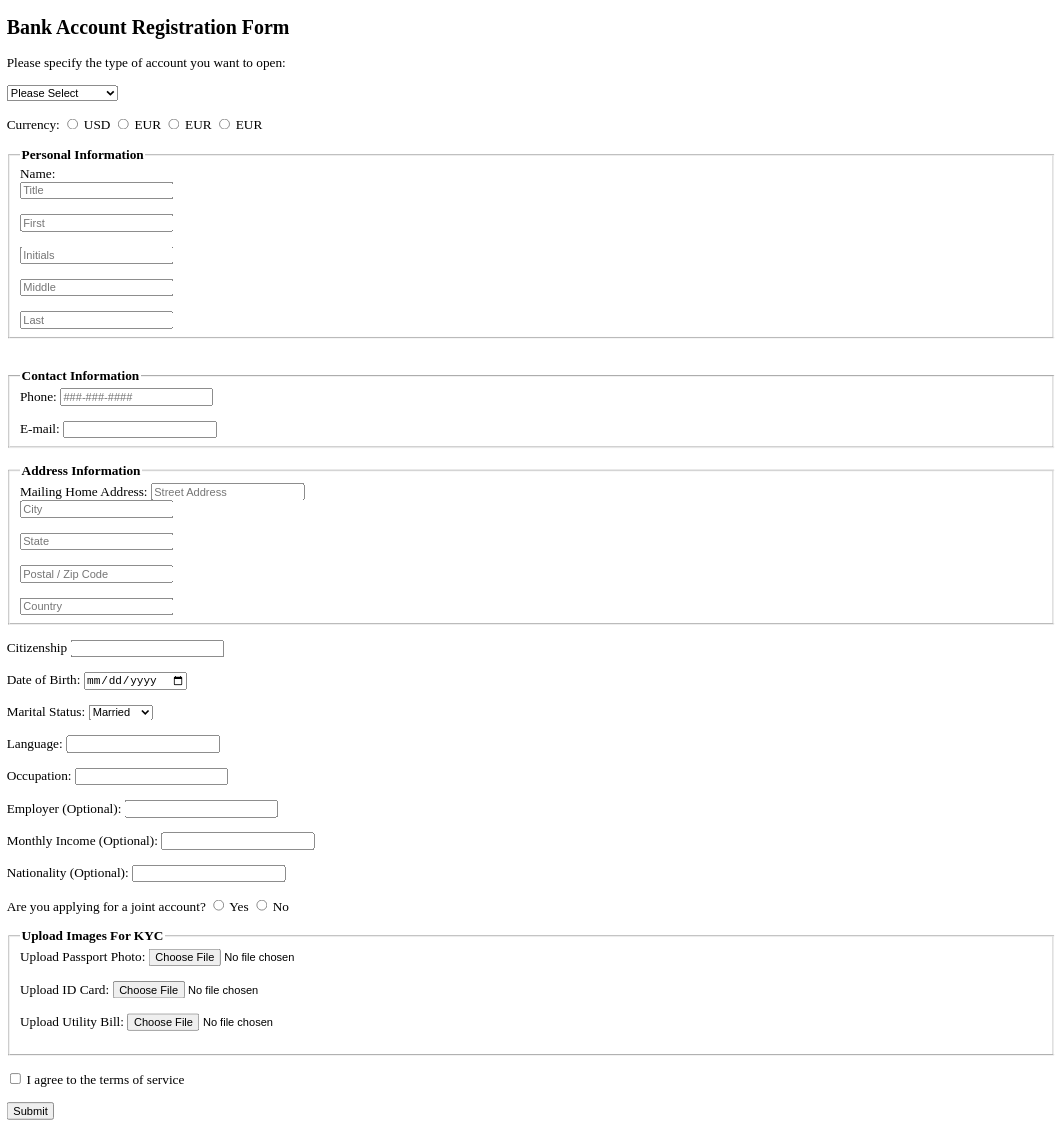
Repository: hizeetech/First-Assignment
Page: sign_up.html
The author's editor kept a copy of each file at every save. The page is drawn from the files as they stood at one save, then again after the next save.
The browser window is 1280 px wide. The pictures show the whole page, at 83% of full size.

Above is the page before, as saved 2024-11-09 03:31:16.

### sign_up.html
<!-- sign_up.html -->
<!DOCTYPE html>
<html lang="en">
<head>
    <meta charset="UTF-8">
    <meta name="viewport" content="width=device-width, initial-scale=1.0">
    <title>Bank Account Registration Form</title>

</head>
<body>

<div>
    <h2>Bank Account Registration Form</h2>
    <form action="#" method="post">

        <div>
            <label for="account-type">Please specify the type of account you want to open:</label><br><br>
            <select id="account-type" name="account_type" required>
                <option value="">Please Select</option>
                <option value="savings">Savings Account</option>
                <option value="current">Current Account</option>
                <option value="corporate">Corporate Account</option>
            </select>
        </div>
        <br>
        <div>
            <label>Currency:</label>
            <label><input type="radio" name="currency" value="NGN" required> USD</label>
            <label><input type="radio" name="currency" value="USD"> EUR</label>
            <label><input type="radio" name="currency" value="EUR"> EUR</label>
            <label><input type="radio" name="currency" value="POUNDS"> EUR</label>
        </div>
        <br>
        <div>
            <fieldset>
                <legend><b>Personal Information</b></legend>
            <label for="title">Name:</label>
            <div class="inline"><input type="text" id="title" name="title" placeholder="Title"></div><br>
            <div class="inline"><input type="text" name="first_name" placeholder="First" required></div><br>
            <div class="inline"><input type="text" name="initials" placeholder="Initials"></div><br>
            <div class="inline"><input type="text" name="middle_name" placeholder="Middle"></div><br>
            <input type="text" name="last_name" placeholder="Last" required><br>
            </fieldset>
        </div>
        <br>
        <div>

        </div>
        <br>
        <div>
            <fieldset>
                <legend><b>Contact Information</b></legend>
            <label for="phone">Phone:</label>
            <input type="tel" id="phone" name="phone" placeholder="###-###-####" required>
        <br><br>
            <label for="email">E-mail:</label>
            <input type="email" id="email" name="email" required>
        </fieldset>
        </div>
        <br>
        <div>
            <fieldset>
                <legend><b>Address Information</b></legend>
            <label for="address">Mailing Home Address:</label>
            <input type="text" id="address" name="address" placeholder="Street Address" required><br>
            <div class="inline"><input type="text" name="city" placeholder="City" required></div><br>
            <div class="inline"><input type="text" name="state" placeholder="State" required></div><br>
            <div class="inline"><input type="text" name="postal_code" placeholder="Postal / Zip Code" required></div><br>
            <input type="text" name="country" placeholder="Country" required><br>
        </fieldset>
        </div>
        <br>
        <div>
            <label for="citizenship">Citizenship</label>
            <input type="citizenship" id="citizenship" name="citizenship" required>
        </div>
        <br>
        <div>
            <label for="dob">Date of Birth:</label>
            <input type="date" id="dob" name="dob" required>
        </div>
        <br>
        <div>
            <label for="marital-status">Marital Status:</label>
            <select id="marital-status" name="marital_status" required>
                <option value="married">Married</option>
                <option value="single">Single</option>
                <option value="divorced">Divorced</option>
                <option value="widowed">Widowed</option>
            </select>
        </div>
        <br>
        <div>
            <label for="language">Language:</label>
            <input type="text" id="language" name="language" required>
        </div>
        <br>
        <div>
            <label for="occupation">Occupation:</label>
            <input type="text" id="occupation" name="occupation" required>
        </div>
        <br>
        <div>
            <label for="employer">Employer (Optional):</label>
            <input type="text" id="employer" name="employer">
        </div>
        <br>
        <div>
            <label for="income">Monthly Income (Optional):</label>
            <input type="text" id="income" name="monthly_income">
        </div>
        <br>
        <div>
            <label for="nationality">Nationality (Optional):</label>
            <input type="text" id="nationality" name="nationality">
        </div>
        <br>
        <div>
            <label>Are you applying for a joint account?</label>
            <label><input type="radio" name="joint_account" value="yes"> Yes</label>
            <label><input type="radio" name="joint_account" value="no"> No</label>
        </div>
        <br>
        <div>
            <fieldset>
                <legend><b>Upload Images For KYC</b></legend>
            <label for="passportPhoto">Upload Passport Photo:</label>
            <input type="file" id="passportPhoto" name="passportPhoto" accept="image/*" required><br><br>

            <label for="idCard">Upload ID Card:</label>
            <input type="file" id="idCard" name="idCard" accept="image/*" required><br><br>

            <label for="utilityBill">Upload Utility Bill:</label>
            <input type="file" id="utilityBill" name="utilityBill" accept="image/*" required><br><br>
            </fieldset>
        </div>
        <br>
        <div>
            <input type="checkbox" id="terms" name="terms" required>
            <label for="terms">I agree to the terms of service</a></label>
        </div>
        <br>
        <button type="submit" class="submit-btn">Submit</button>
    </form>
</div>

</body>
</html>

After the next save:
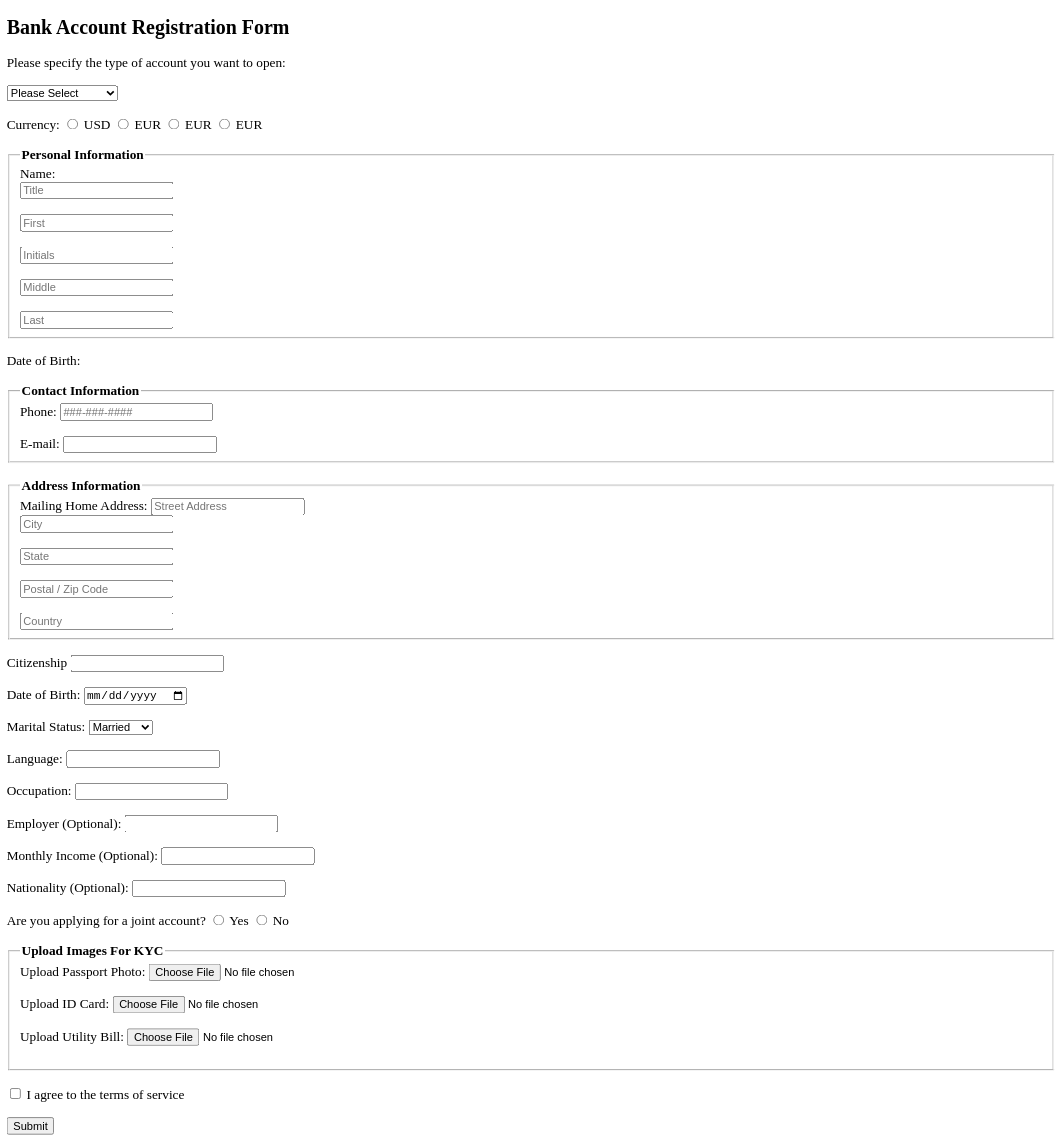
Saved 16 s later.
--- a/sign_up.html
+++ b/sign_up.html
@@ -44,7 +44,7 @@
         </div>
         <br>
         <div>
-
+            <label for="date_of_birth">Date of Birth:</label>
         </div>
         <br>
         <div>
